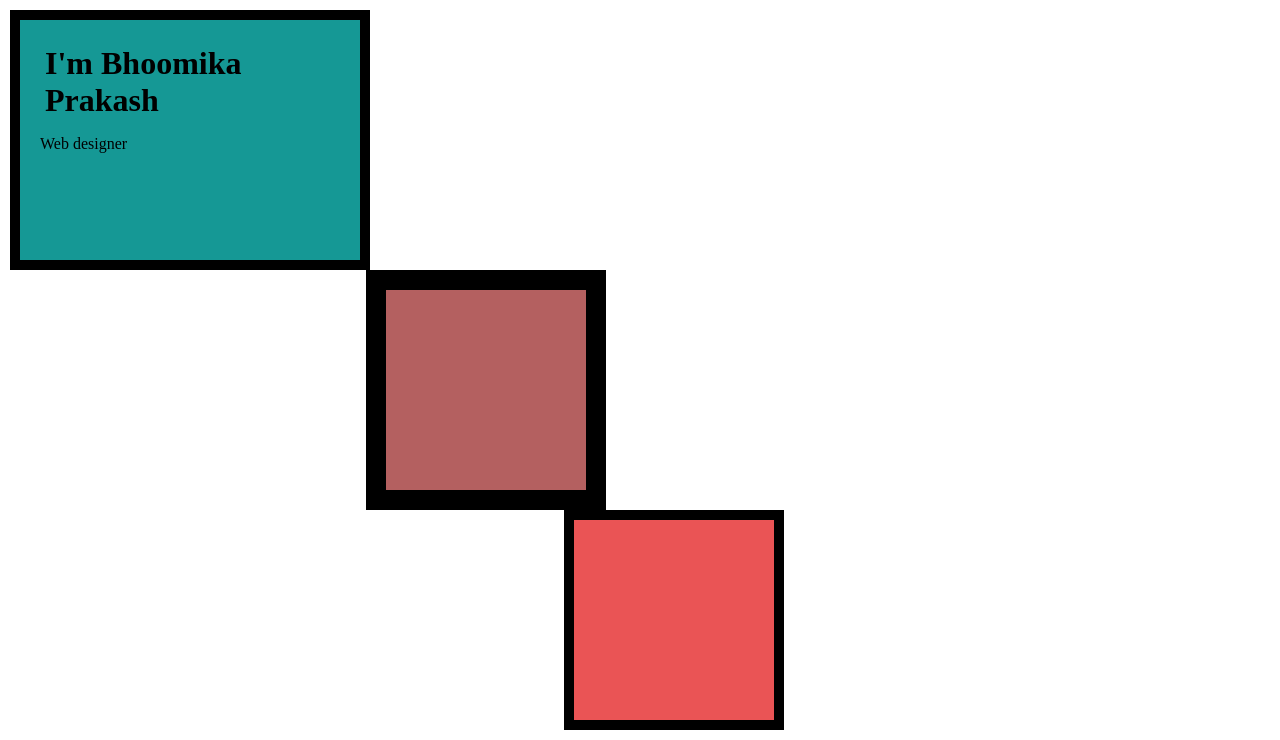
Repository: Bhoomika140420/css_mysite
Page: index.html
The author's editor kept a copy of each file at every save. The page is drawn from the files as they stood at one save, then again after the next save.
The browser window is 1280 px wide. The pictures show the whole page.

Above is the page before, as saved 2023-03-29 12:52:41.

### index.html
<!DOCTYPE html>
<html>
    <head>
    <meta charset="utf-8">
    <title>CSS-Mysite</title>
    <link rel="stylesheet" href="stylesheet.css">
    <link rel="icon" href="favicon.ico">
    </head>
    <body>
        <div class="top-container">
            <h1>I'm Bhoomika Prakash</h1>
            <p>Web designer</p>
        </div>
        <div class="middle-container">

        </div>
        <div class="bottom-container">

        </div>
    </body>
</html>

### stylesheet.css
.top-container{
    background-color:#159895;
    padding:20px;
    border:solid 10px;
    width:300px;
    height:200px;
}

.middle-container{
    background-color:#B46060;
    border:solid 20px;
    width:200px;
    height:200px;
    margin-left:356px;
    margin-right: 20px;
}

.bottom-container{
    background-color:#EA5455;
    width:200px;
    height:200px;
    border:solid 10px;
    margin-left:554px;
    margin-right:40px;
}
body{
    margin:10px;
}

h1{
    margin:5px;
}

After the next save:
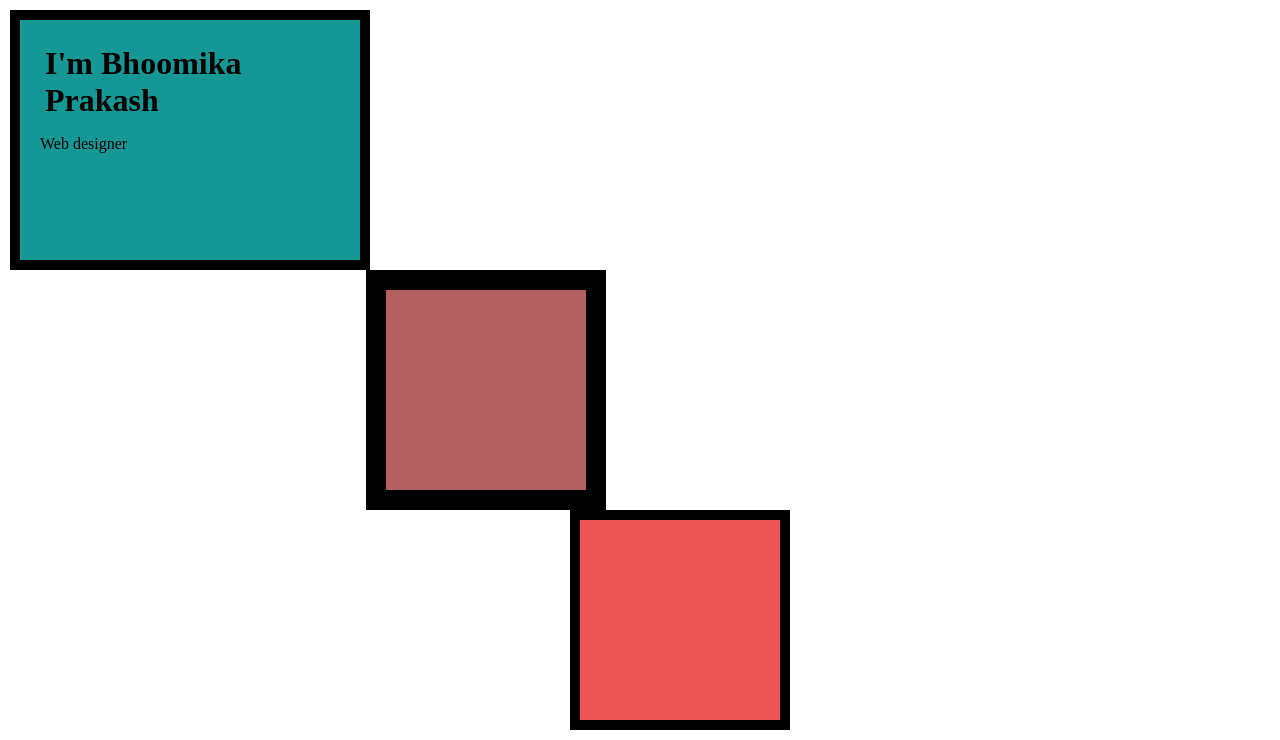
Saved 9 s later.
--- a/stylesheet.css
+++ b/stylesheet.css
@@ -20,7 +20,7 @@
     width:200px;
     height:200px;
     border:solid 10px;
-    margin-left:554px;
+    margin-left:560px;
     margin-right:40px;
 }
 body{
